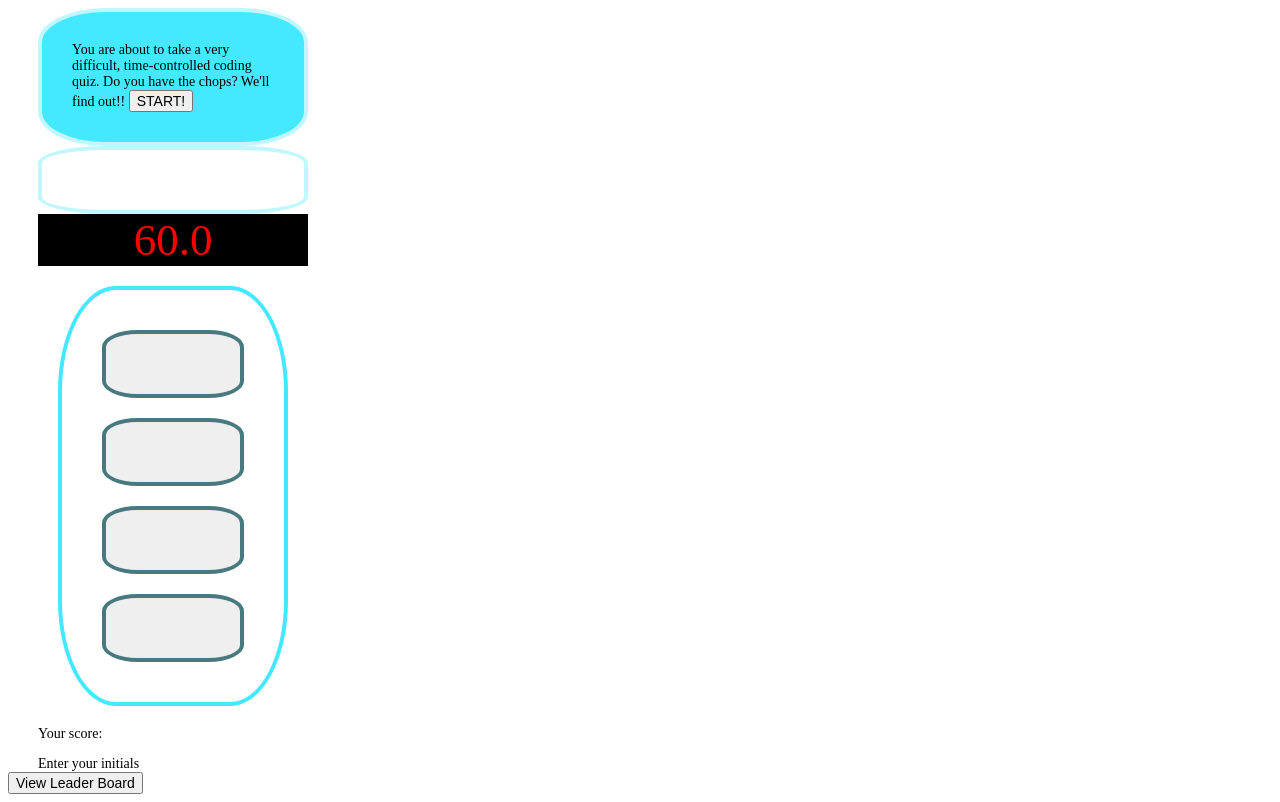
Repository: stuart-rickard/coding-quiz
Page: index.html
An editor plug-in stored every save of this project. The page is shown before and after the next save, followed by the edit.
The browser window is 1280 px wide. The pictures show the whole page.

Above is the page before, as saved 2021-11-23 05:19:01.

After the next save:
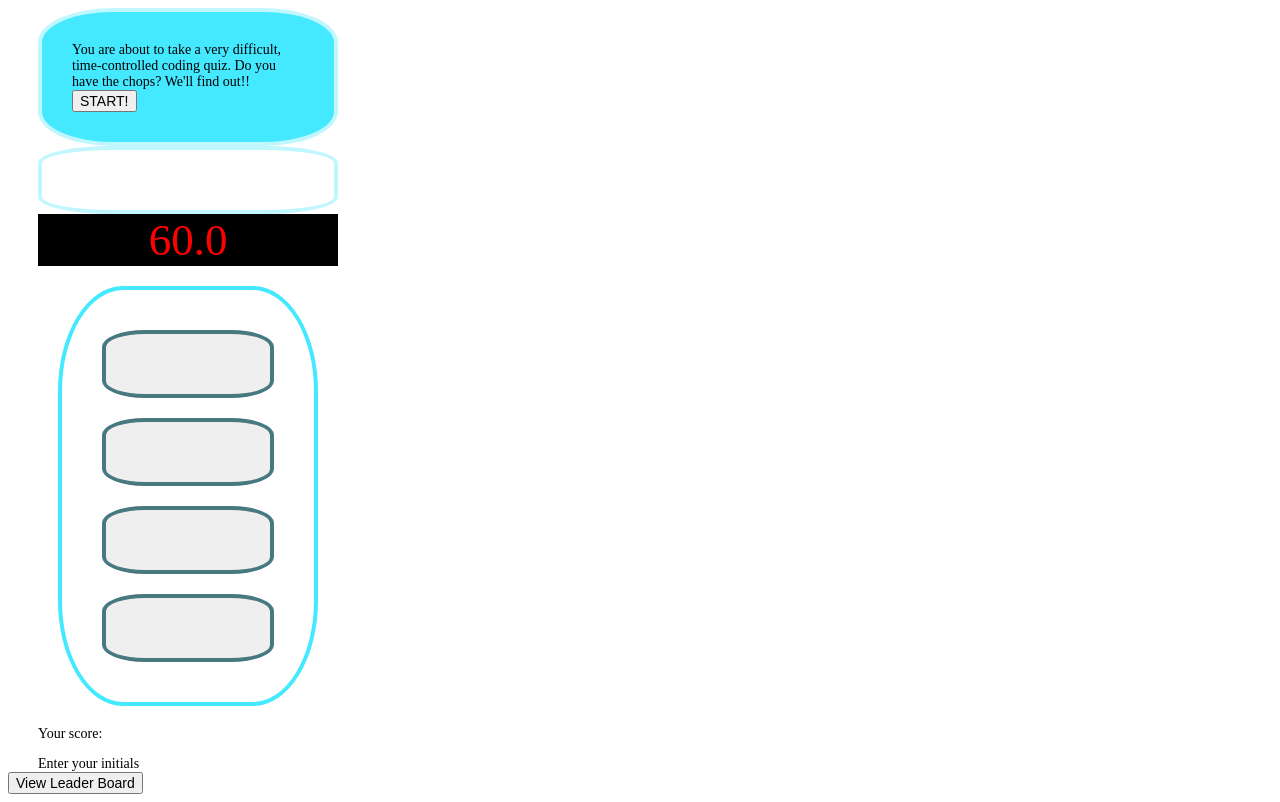
Saved 22 s later.
--- a/assets/css/style.css
+++ b/assets/css/style.css
@@ -17,7 +17,7 @@
 
 main {
     width: 300px;
-    padding-left: 30px;
+    margin-left: 30px;
 }
 
 .start {
